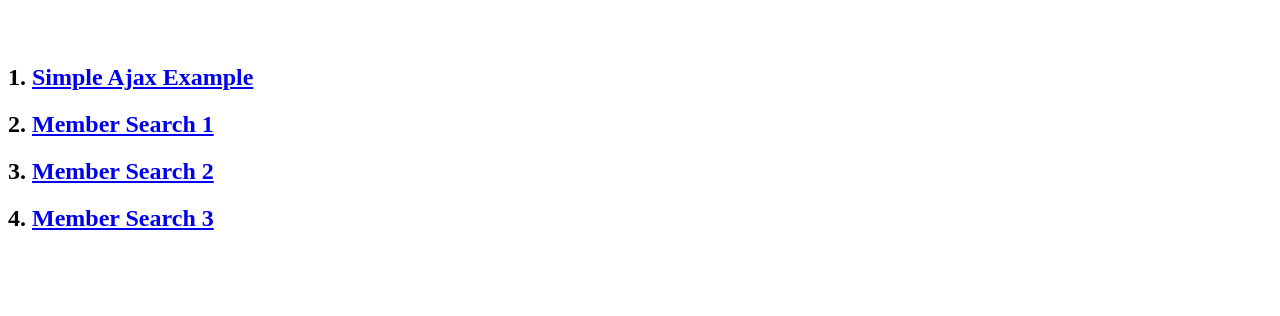
Repository: superThisMe/spring-basic
Page: http://localhost/07.spring-ajax/
An editor plug-in stored every save of this project. The page is shown before and after the next save, followed by the edit.
The browser window is 1280 px wide. The pictures show the whole page.
The page is served by Tomcat 9. Other server files are loaded and not shown.

Above is the page before, as saved 2020-01-03 04:14:40.

### 07.spring-ajax/src/main/webapp/WEB-INF/views/home.jsp
<%@ taglib uri="http://java.sun.com/jsp/jstl/core" prefix="c" %>
<%@ page session="false" %>
<html>
<head>
	<title>Home</title>
</head>
<body>
	<br><br>
	<h2>1. <a href="ajax-example">Simple Ajax Example</a></h2>
	<h2>2. <a href="member-search-one">Member Search 1</a></h2>
	<h2>3. <a href="member-search-two">Member Search 2</a></h2>
	<h2>4. <a href="member-search-three">Member Search 3</a></h2>
</body>
</html>

After the next save:
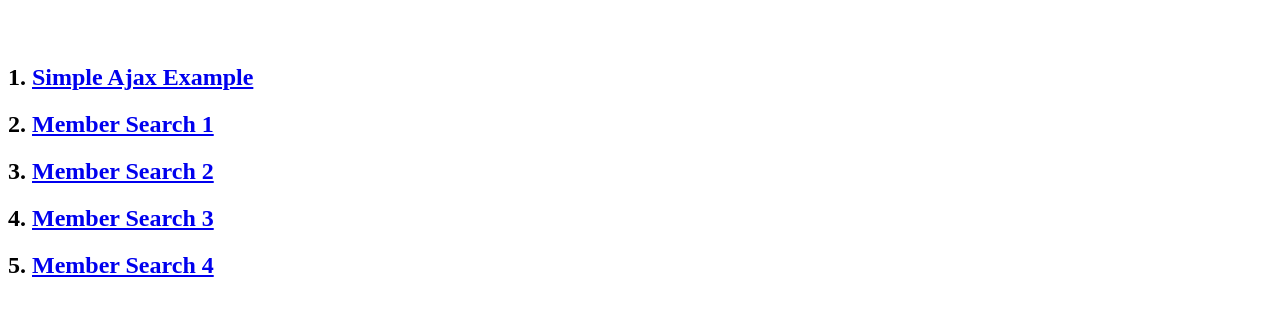
Saved 85 min 4 s later.
--- a/07.spring-ajax/src/main/webapp/WEB-INF/views/home.jsp
+++ b/07.spring-ajax/src/main/webapp/WEB-INF/views/home.jsp
@@ -10,5 +10,6 @@
 	<h2>2. <a href="member-search-one">Member Search 1</a></h2>
 	<h2>3. <a href="member-search-two">Member Search 2</a></h2>
 	<h2>4. <a href="member-search-three">Member Search 3</a></h2>
+	<h2>5. <a href="member-search-four">Member Search 4</a></h2>
 </body>
 </html>
